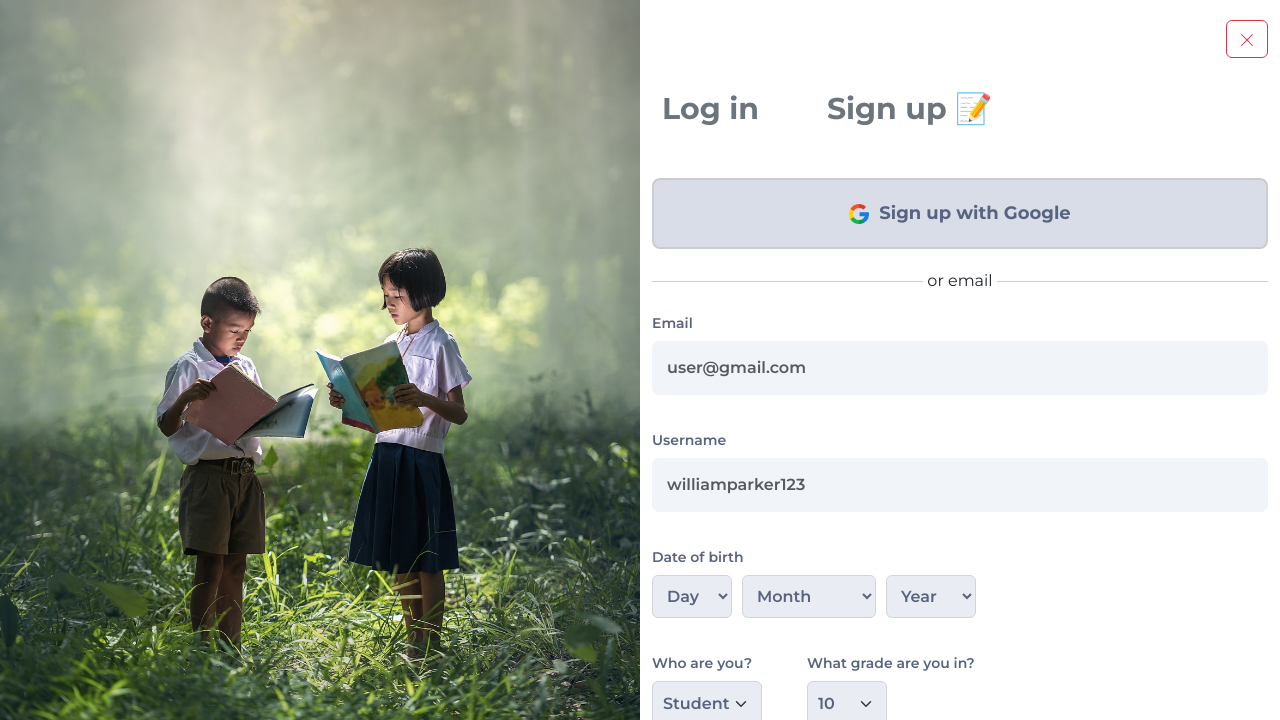
Repository: khoilvgcc210040/nextgenedu
Page: http://localhost/auth/
These files come from the project's save history. The page is drawn as it stood at one moment and after the next save; the edit follows.
The browser window is 1280 px wide. The pictures show the whole page.
An inner scrolling area shows only its first screen. The page is served by the project's application, run on Django 5.2 (manage.py).

Above is the page before, as saved 2024-08-10 17:39:22.

After the next save:
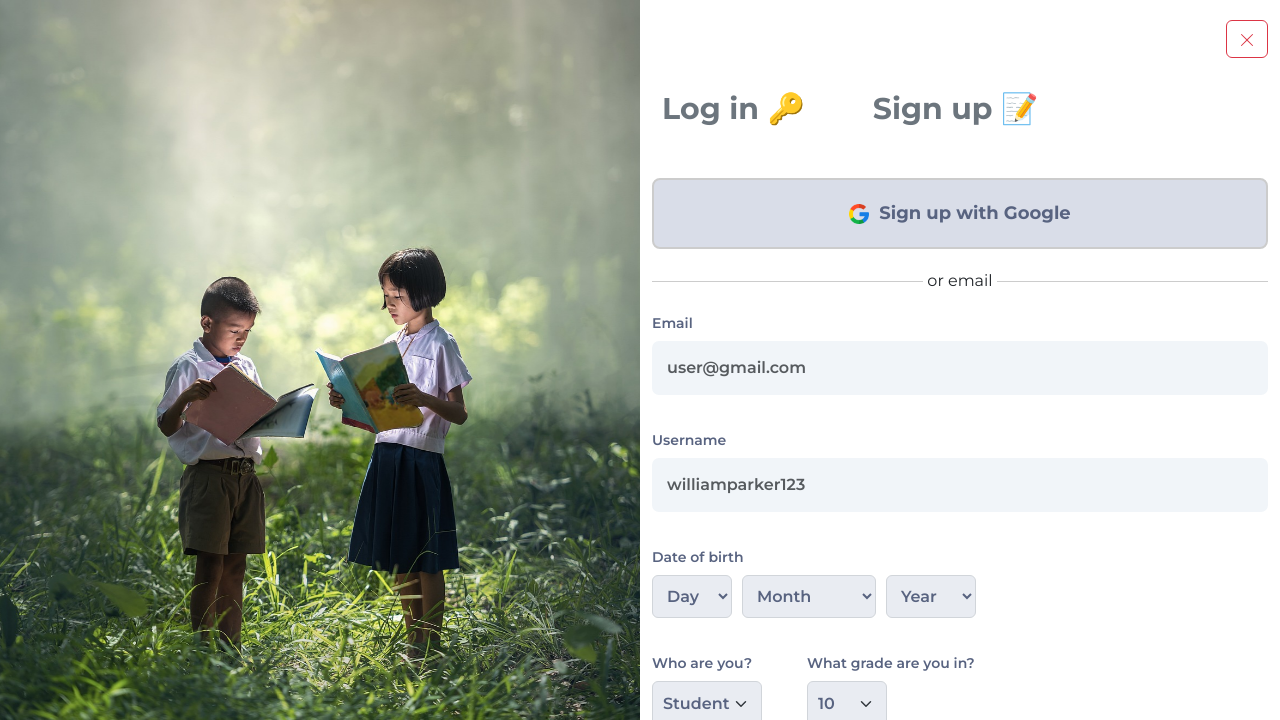
Saved 22 s later.
--- a/templates/auth.html
+++ b/templates/auth.html
@@ -223,7 +223,7 @@
                 </button>
             </div>
             <div class="authentication d-flex align-items-center" style="height: 100px;">
-                <a href="#" class="auth-link auth-button" id="login-btn">Log in</a>
+                <a href="#" class="auth-link auth-button" id="login-btn">Log in 🔑</a>
                 <a href="#" class="auth-link auth-button ms-5" id="signup-btn">Sign up 📝</a>
             </div>
             <div id="signup-form" style="display: block;">
